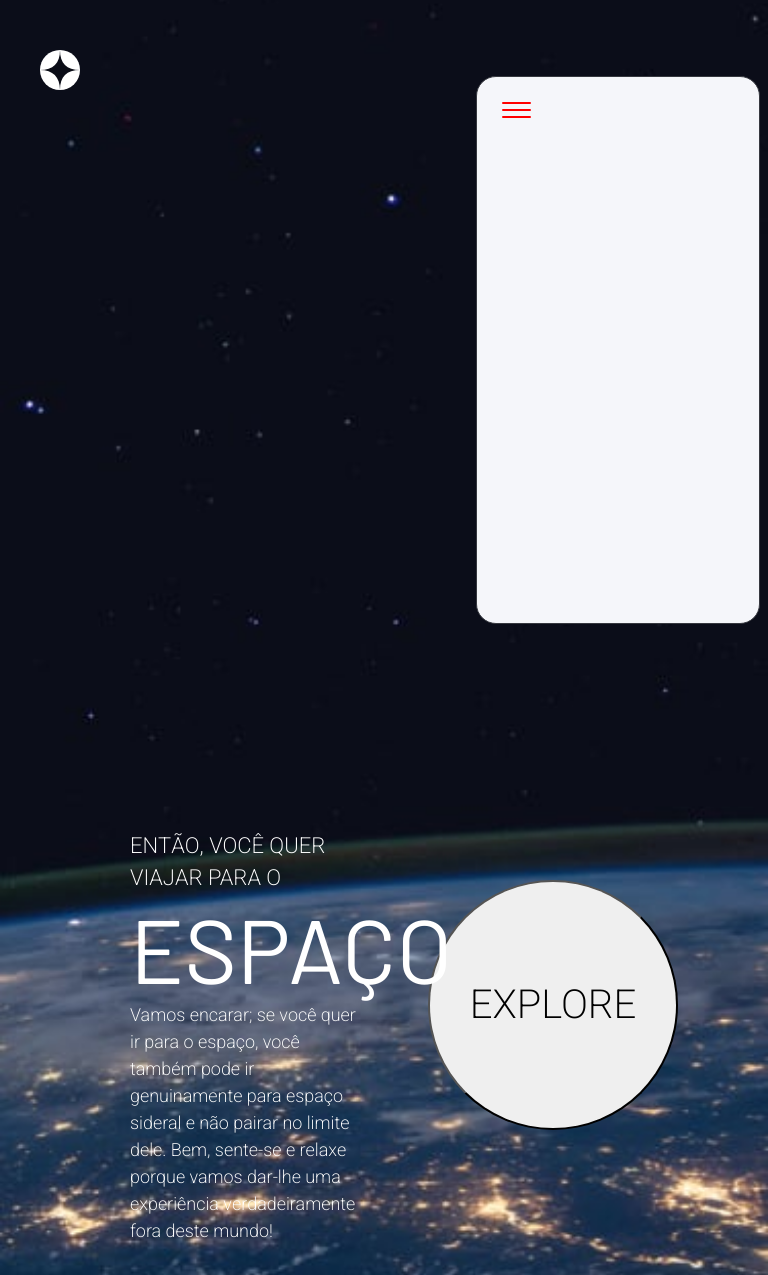
Repository: Leonngc/space-site
Page: space-tourism-website-main/space-tourism-website-main/starter-code/index.html
The author's editor kept a copy of each file at every save. The page is drawn from the files as they stood at one save, then again after the next save.
The browser window is 768 px wide. The pictures show the whole page.

Above is the page before, as saved 2023-04-29 16:50:02.

After the next save:
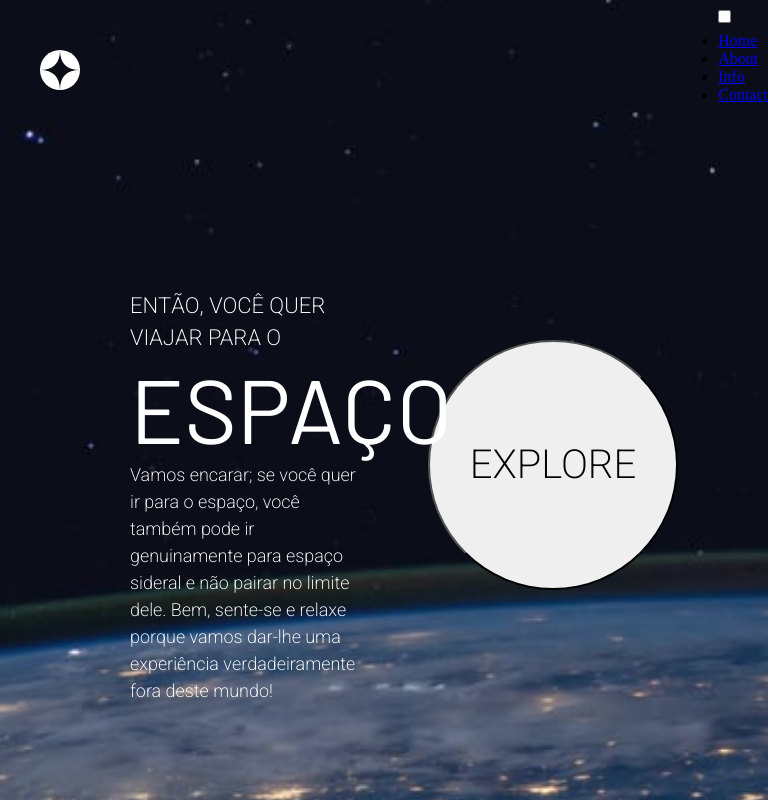
Saved 17 s later.
--- a/space-tourism-website-main/space-tourism-website-main/starter-code/styles/menu.css
+++ b/space-tourism-website-main/space-tourism-website-main/starter-code/styles/menu.css
@@ -70,121 +70,4 @@ header{
         background-image: url(../assets/home/background-home-mobile.jpg) !important;
     }
 
-    .container {
-        margin-top: 50px;
-        Display: flex;
-        justify-content: center;
-        align-items: center;
-      }
-      .phone {
-        width: 300px;
-        height: 600px;
-        Display: flex;
-        justify-content: center;
-        align-items: center;
-      }
-      .content {
-        border: 1px solid #36383F;
-        border-radius: 20px;
-        width: 94%;
-        height: 91%;
-        background-color: #F5F6FA;
-        overflow: hidden;
-      }
-      nav {
-        height: 65px;
-      }
-
-
-      #menuToggle {
-        display: flex;
-        flex-direction: column;
-        position: relative;
-        top: 25px;
-        left: 25px;
-        z-index: 1;
-        -webkit-user-select: none;
-        user-select: none;
-      }
-
-      #menuToggle input
-      {
-        display: flex;
-        width: 40px;
-        height: 32px;
-        position: absolute;
-        cursor: pointer;
-        opacity: 0;
-        z-index: 2;
-      }
-
-      #menuToggle span
-      {
-        display: flex;
-        width: 29px;
-        height: 2px;
-        margin-bottom: 5px;
-        position: relative;
-        background: red;
-        border-radius: 3px;
-        z-index: 1;
-        transform-origin: 5px 0px;
-        transition: transform 0.5s cubic-bezier(0.77,0.2,0.05,1.0),
-                    background 0.5s cubic-bezier(0.77,0.2,0.05,1.0),
-                    opacity 0.55s ease;
-      }
-
-      #menuToggle span:first-child
-      {
-        transform-origin: 0% 0%;
-      }
-
-      #menuToggle span:nth-last-child(2)
-      {
-        transform-origin: 0% 100%;
-      }
-
-      #menuToggle input:checked ~ span
-      {
-        opacity: 1;
-        transform: rotate(45deg) translate(-3px, -1px);
-        background: #36383F;
-      }
-      #menuToggle input:checked ~ span:nth-last-child(3)
-      {
-        opacity: 0;
-        transform: rotate(0deg) scale(0.2, 0.2);
-      }
-
-      #menuToggle input:checked ~ span:nth-last-child(2)
-      {
-        transform: rotate(-45deg) translate(0, -1px);
-      }
-
-      #menu
-      {
-        position: absolute;
-        width: 10vw;
-        height: 400px;
-        box-shadow: 0 0 10px #85888C;
-        margin: -50px 0 0 -50px;
-        padding: 50px;
-        padding-top: 125px;
-        background-color: #F5F6FA;
-        -webkit-font-smoothing: antialiased;
-        transform-origin: 0% 0%;
-        transform: translate(-100%, 0);
-        transition: transform 0.5s cubic-bezier(0.77,0.2,0.05,1.0);
-      }
-
-      #menu li
-      {
-        padding: 10px 0;
-        transition-delay: 2s;
-      }
-
-      #menuToggle input:checked ~ ul
-      {
-        transform: none;
-      }
 }
